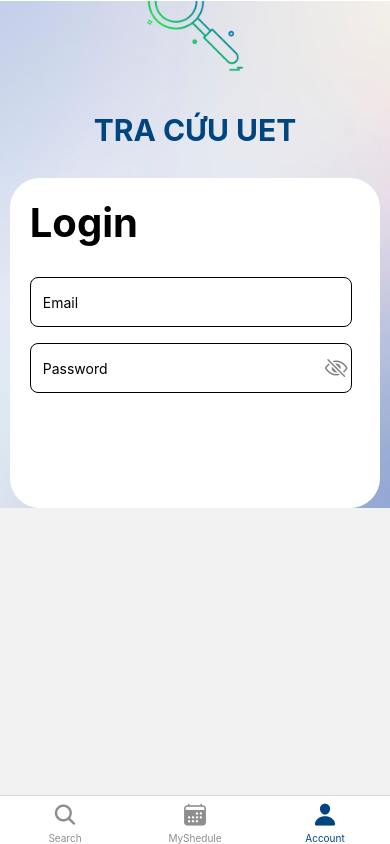
Repository: nguyenkhackien/Student-Progress-Tracker-
Screen: /Account (app in MyApp/)
An editor plug-in stored every save of this project. The screen is shown before and after a run of saves, followed by the edit.
The app was drawn by React Native's web renderer in a window 390 px wide. The project was rebuilt for these pictures with package versions that can differ from the ones it lists, and the page was loaded fresh each time. Also part of the build but not shown: MyApp/src/components/MyScheduleScreen.js.

Above is the screen before, as saved 2024-07-21 22:03:53.

After the next 2 saves:
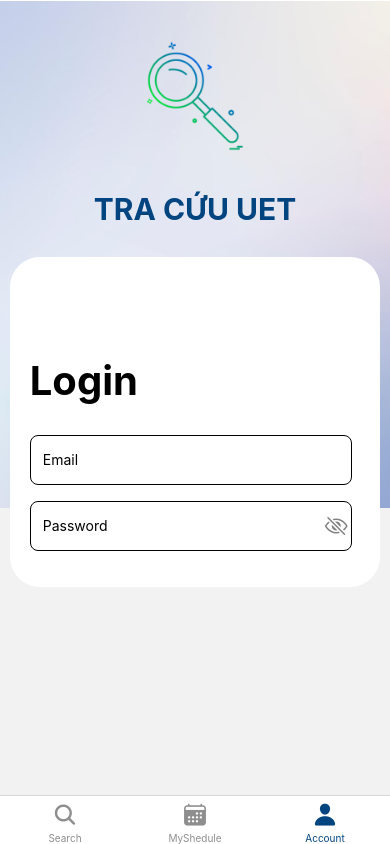
The 2 saves are shown as one change because they came seconds apart.
The last was saved 12 s later.
--- a/MyApp/src/components/LoginScreen.js
+++ b/MyApp/src/components/LoginScreen.js
@@ -76,26 +76,26 @@ const LoginScreen = () => {
 const styles = {
     container: {
         flex: 1,
-        alignItems: 'center',
-        justifyContent:'end',
+        alignItems: "center",
     },
     title: {
         fontSize: 30,
         fontWeight: "bold",
         marginBottom: 30,
-        color:primaryColor,
+        color: primaryColor,
     },
     logoIcon: {
         width: 150,
         height: 150,
-        marginVertical:20,
+        marginVertical: 20,
     },
     loginContainer: {
-        width: '95%',
-        height: '65%',
+        width: "95%",
+        height: "65%",
         padding: 20,
-        backgroundColor: 'white',
-        borderRadius:30,
+        backgroundColor: "white",
+        borderRadius: 30,
+        justifyContent: "end",
     },
     inputContainer: {
         flexDirection: "row",
